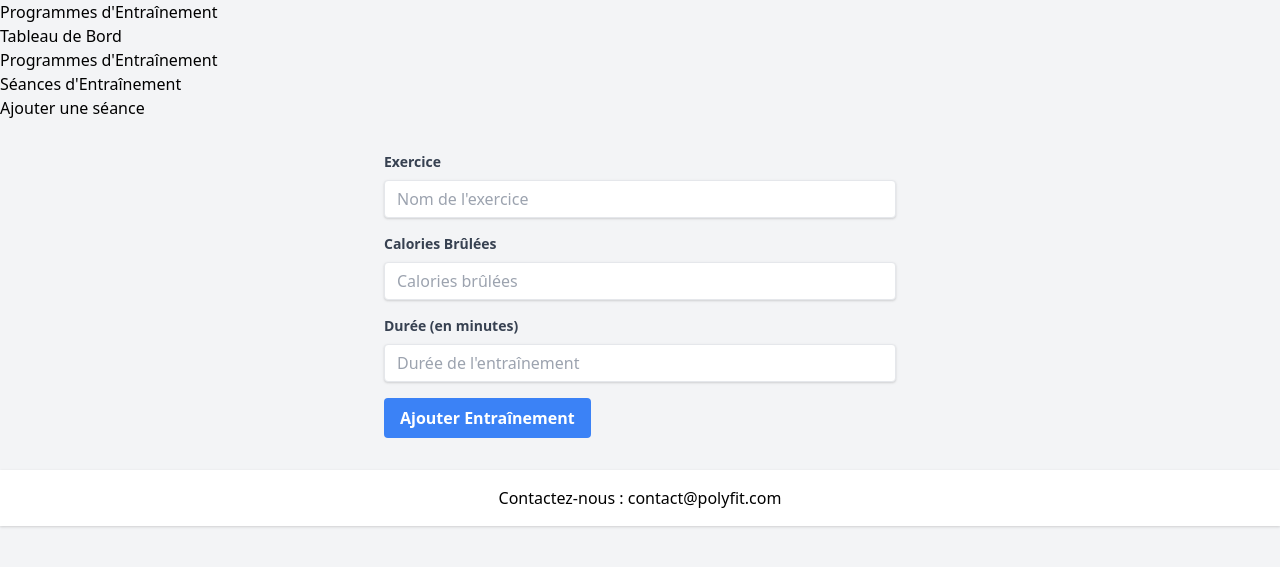
Repository: rimessouabni/polyfit
Page: src/main/resources/static/AddWorkout.html
These files come from the project's save history. The page is drawn as it stood at one moment and after the next save; the edit follows.
The browser window is 1280 px wide. The pictures show the whole page.

Above is the page before, as saved 2024-03-18 15:09:21.

### src/main/resources/static/AddWorkout.html
<!DOCTYPE html>
<html lang="fr">
<head>
    <meta charset="UTF-8">
    <meta name="viewport" content="width=device-width, initial-scale=1.0">
    <title>PolyFit - Ajouter Entraînement</title>
    <link href="https://cdn.jsdelivr.net/npm/tailwindcss@2.2.19/dist/tailwind.min.css" rel="stylesheet">
</head>
<body class="bg-gray-100">
    <header>
        <h1>Programmes d'Entraînement</h1>
        <nav>
            <ul>
                <li><a href="dashboard.html">Tableau de Bord</a></li>
                <li><a href="programs.html">Programmes d'Entraînement</a></li>
                <li><a href="workouts.html">Séances d'Entraînement</a></li>
                <li><a href="AddWorkout.html">Ajouter une séance</a></li>
            </ul>
        </nav>
    </header>

    <div class="container mx-auto py-8 px-4">
        <form class="max-w-lg mx-auto">
            <div class="mb-4">
                <label class="block text-gray-700 text-sm font-bold mb-2" for="exercise">Exercice</label>
                <input class="shadow appearance-none border rounded w-full py-2 px-3 text-gray-700 leading-tight focus:outline-none focus:shadow-outline" id="exercise" type="text" placeholder="Nom de l'exercice">
            </div>
            <div class="mb-4">
                <label class="block text-gray-700 text-sm font-bold mb-2" for="calories">Calories Brûlées</label>
                <input class="shadow appearance-none border rounded w-full py-2 px-3 text-gray-700 leading-tight focus:outline-none focus:shadow-outline" id="calories" type="number" placeholder="Calories brûlées">
            </div>
            <div class="mb-4">
                <label class="block text-gray-700 text-sm font-bold mb-2" for="duration">Durée (en minutes)</label>
                <input class="shadow appearance-none border rounded w-full py-2 px-3 text-gray-700 leading-tight focus:outline-none focus:shadow-outline" id="duration" type="number" placeholder="Durée de l'entraînement">
            </div>
            <div class="flex items-center justify-between">
                <button class="bg-blue-500 hover:bg-blue-700 text-white font-bold py-2 px-4 rounded focus:outline-none focus:shadow-outline" type="button">
                    Ajouter Entraînement
                </button>
            </div>
        </form>
    </div>

    <footer class="bg-white shadow">
        <div class="container mx-auto py-4 px-8 text-center">
            <p>Contactez-nous : contact@polyfit.com</p>
        </div>
    </footer>
</body>
</html>

After the next save:
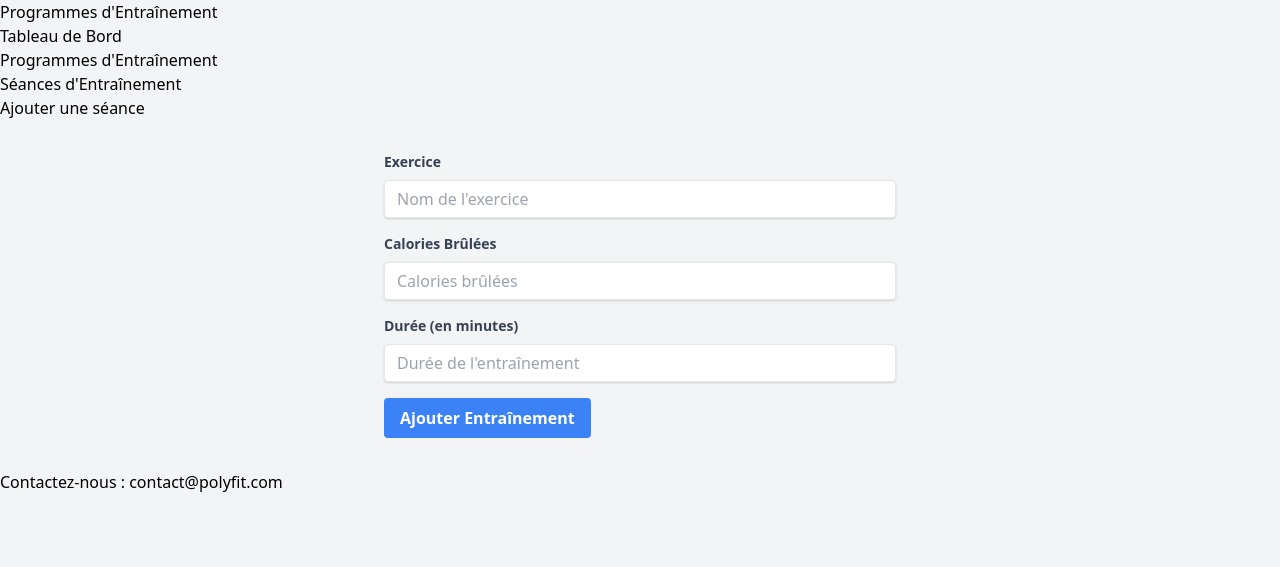
Saved 16 min 26 s later.
--- a/src/main/resources/static/AddWorkout.html
+++ b/src/main/resources/static/AddWorkout.html
@@ -41,10 +41,8 @@
         </form>
     </div>
 
-    <footer class="bg-white shadow">
-        <div class="container mx-auto py-4 px-8 text-center">
-            <p>Contactez-nous : contact@polyfit.com</p>
-        </div>
+    <footer>
+        <p>Contactez-nous : contact@polyfit.com</p>
     </footer>
 </body>
 </html>
